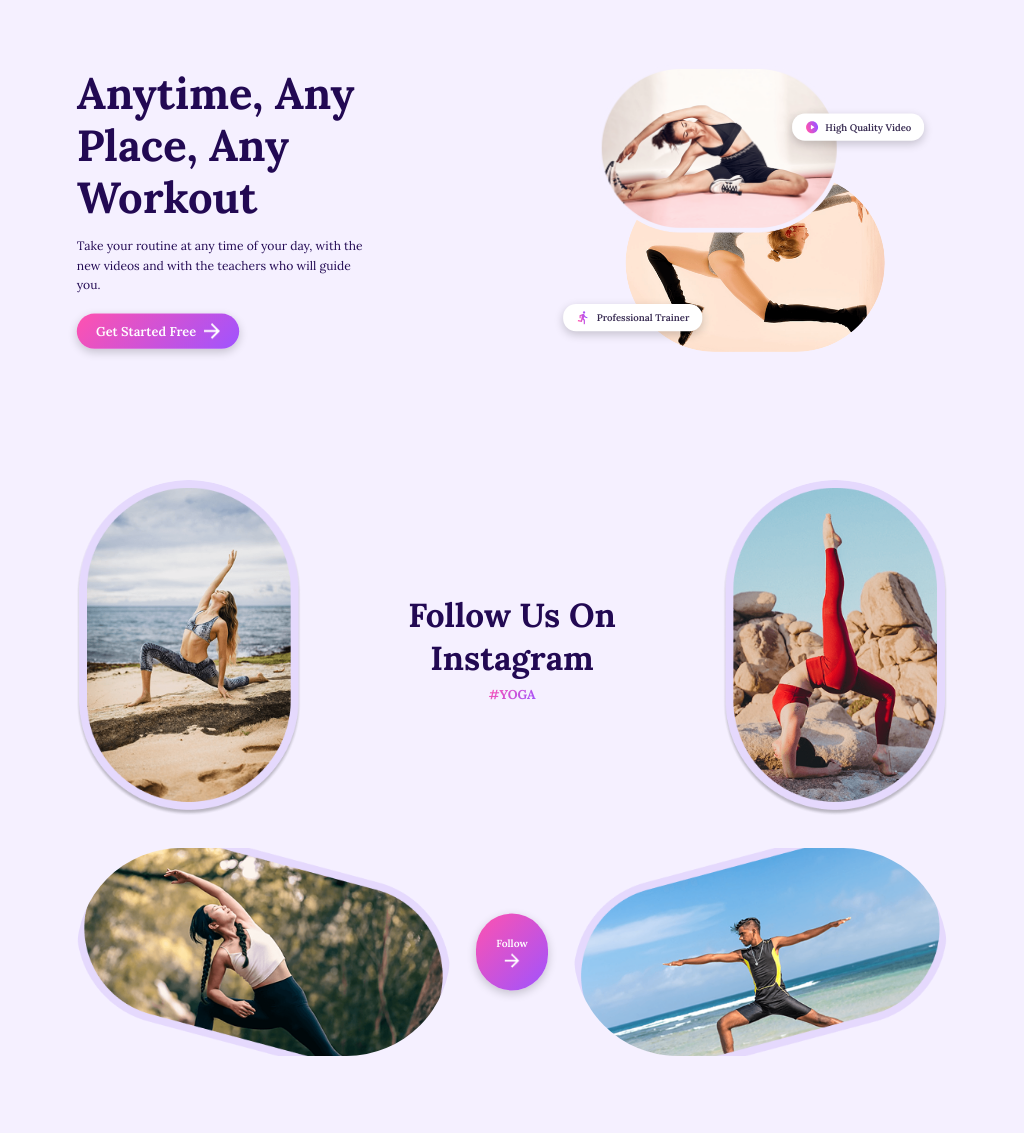
Repository: EunsuhJeon/responsive-yoga-website
Page: index.html
The author's editor kept a copy of each file at every save. The page is drawn from the files as they stood at one save, then again after the next save.
The browser window is 1280 px wide. The pictures show the whole page, at 80% of full size.

Above is the page before, as saved 2025-11-26 00:48:36.

After the next save:
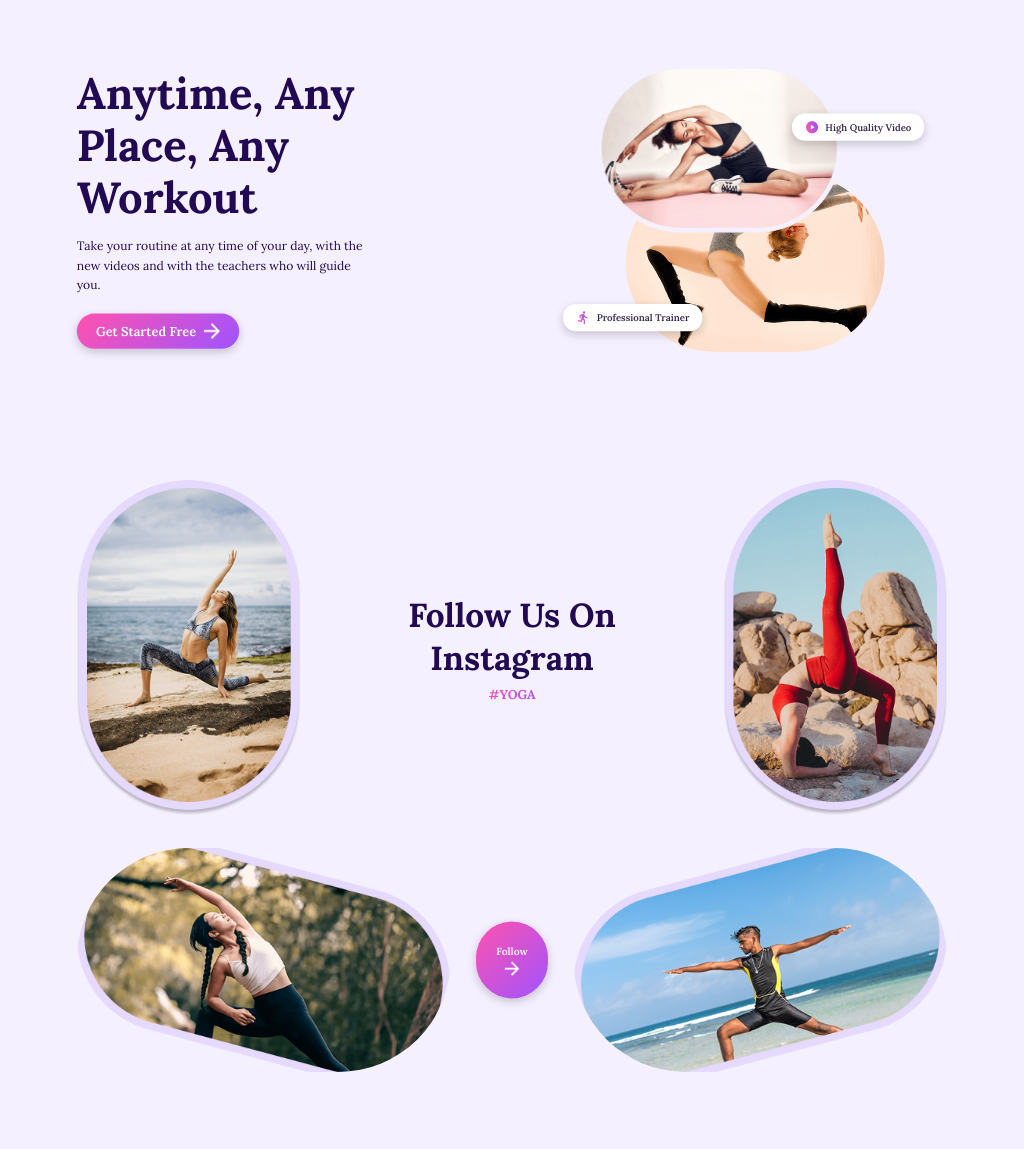
Saved 5 s later.
--- a/main.css
+++ b/main.css
@@ -299,7 +299,7 @@ button:active,
 .seccion-5-img-bl,
 .seccion-5-img-br {
   width: 500px;
-  height: 260px;
+  height: 280px;
 }
 
 /* Botón circular central */
